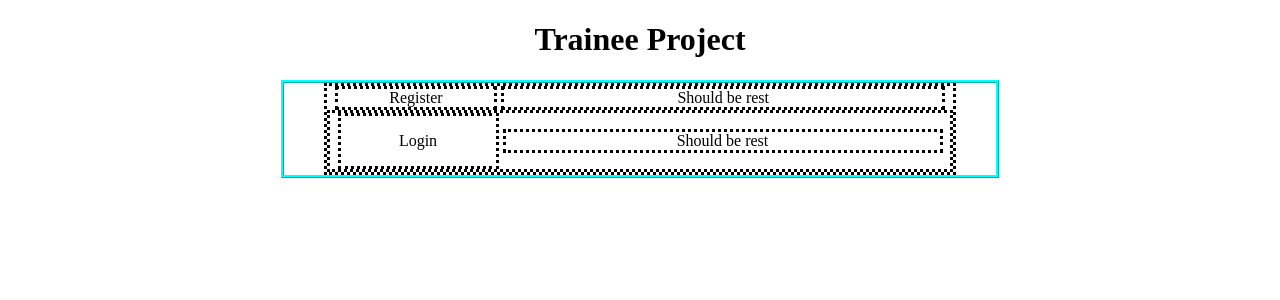
Repository: LsCodeMaster/Training
Page: Trainee/WebContent/trainee.html
An editor plug-in stored every save of this project. The page is shown before and after the next save, followed by the edit.
The browser window is 1280 px wide. The pictures show the whole page.

Above is the page before, as saved 2015-09-15 10:08:23.

### Trainee/WebContent/trainee.html
<!DOCTYPE html>
<html>
<head>
<meta charset="ISO-8859-1">
<title>Trainee Project</title>
<link type = "text/css" href="css/style.css" rel="stylesheet">
</head>
<body>
	<h1>Trainee Project</h1>
	<div class="centeredBox">
		<div class="border">
			<div class="loginType">
				Register
			</div>
			<div class="loginInfo">
				Should be rest
			</div>
		<div>
			<div class="loginType">
				<p>Login</p>
			</div>
			<div class="loginInfo">
				Should be rest
			</div>
		</div>
	</div>
</body>
</html>

### Trainee/WebContent/css/style.css
.centeredBox{
    margin: auto;
	border-style: ridge;
	border-color: aqua;
	width: 50%;
	padding: 40 px;
	padding-left: 40px;
	padding-right: 40px;
}
.centeredBox div{
	border-style: dotted;
	text-align: center;
}
.loginType{
	display: inline-block;
	width: 25%;
}
.loginInfo{
	display: inline-block;
	width:70%;
}
h1{
    text-align: center;
}
.border{
	border-style: dotted;
}

After the next save:
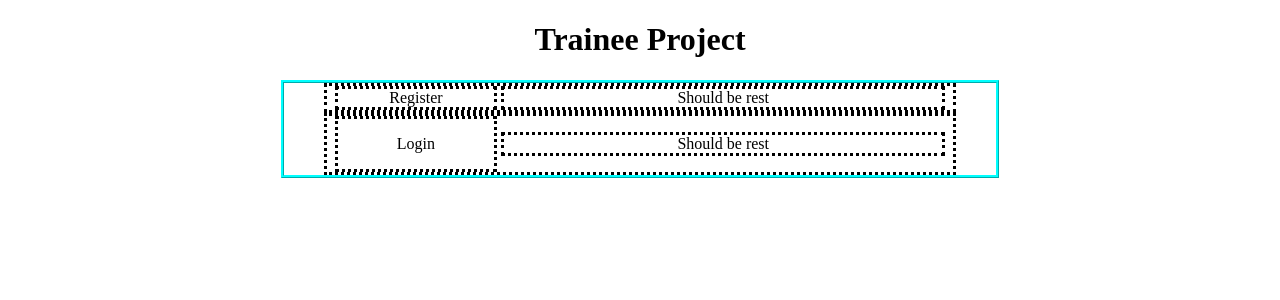
Saved 76 s later.
--- a/Trainee/WebContent/trainee.html
+++ b/Trainee/WebContent/trainee.html
@@ -8,13 +8,14 @@
 <body>
 	<h1>Trainee Project</h1>
 	<div class="centeredBox">
-		<div class="border">
+		<div>
 			<div class="loginType">
 				Register
 			</div>
 			<div class="loginInfo">
 				Should be rest
 			</div>
+		</div>
 		<div>
 			<div class="loginType">
 				<p>Login</p>
